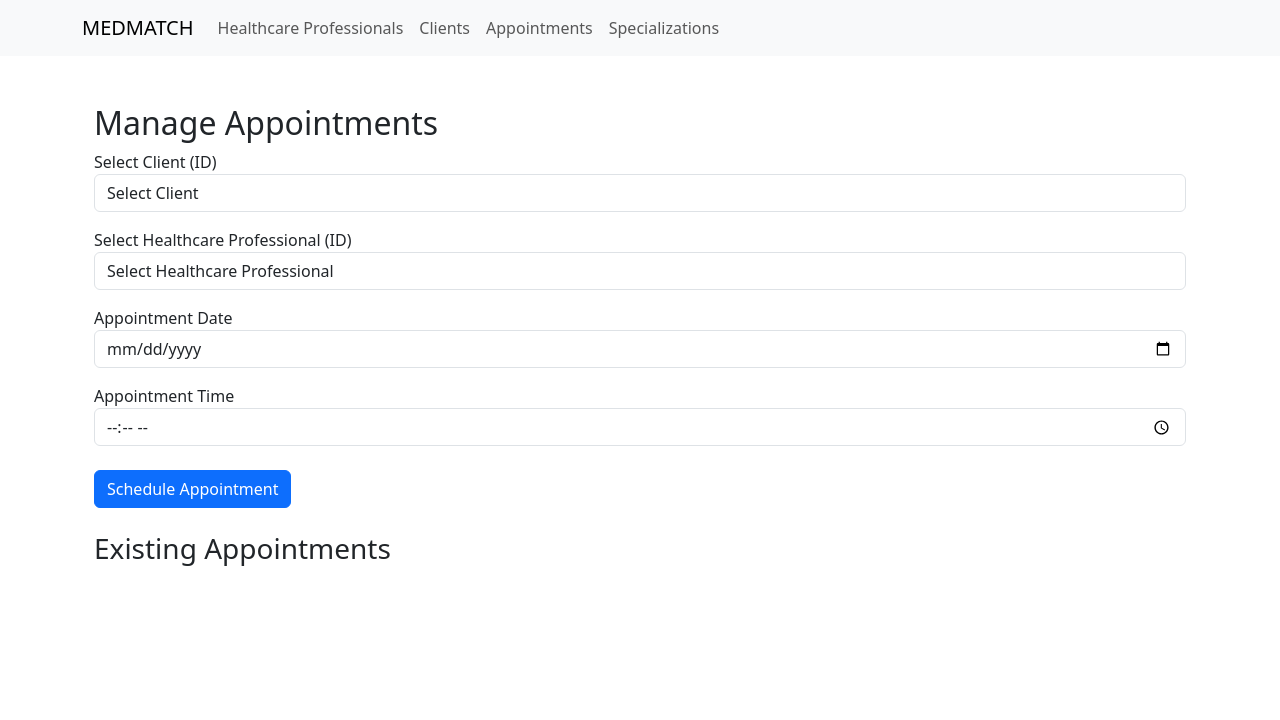
Repository: fahma20/medmatch-platform
Page: /appointments (app in client/)
An editor plug-in stored every save of this project. The page is shown before and after a run of saves, followed by the edit.
The browser window is 1280 px wide. The pictures show the whole page.
The page's requests for data from a server got no answer. The project was rebuilt for these pictures with package versions that can differ from the ones it lists, and the page was loaded fresh each time. No one was signed in, and anything a server would have sent is missing. Also part of the build but not shown: client/src/components/Healthcareprofessionals.js, client/src/components/Specializations.js, client/src/components/Clients.js, client/src/components/Homepage.js.

Above is the page before, as saved 2025-01-31 09:22:03.

After the next 2 saves:
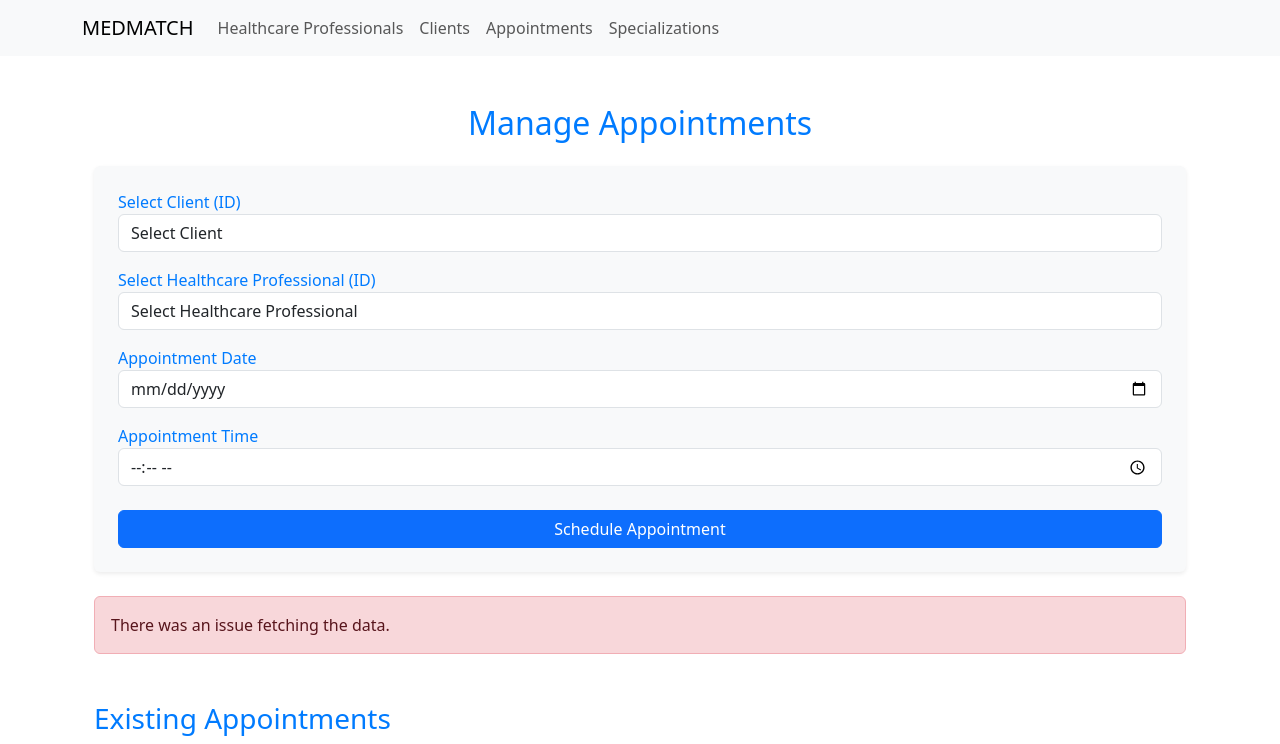
The 2 saves are shown as one change because they came seconds apart.
The last was saved 3 min 46 s later.
--- a/client/src/components/Appointments.js
+++ b/client/src/components/Appointments.js
@@ -160,6 +160,7 @@ export default Appointments;
 */
 
 import React, { useState, useEffect } from 'react';
+import 'bootstrap/dist/css/bootstrap.min.css';
 
 const Appointments = () => {
   const [appointments, setAppointments] = useState([]);
@@ -170,6 +171,7 @@ const Appointments = () => {
   const [clientId, setClientId] = useState('');
   const [professionalId, setProfessionalId] = useState('');
   const [message, setMessage] = useState('');
+  const [errorMessage, setErrorMessage] = useState('');
 
   // Fetch existing appointments, clients, and healthcare professionals
   useEffect(() => {
@@ -192,6 +194,7 @@ const Appointments = () => {
         setProfessionals(professionalsData);
       } catch (error) {
         console.error("Error fetching data:", error);
+        setErrorMessage('There was an issue fetching the data.');
       }
     };
 
@@ -224,10 +227,10 @@ const Appointments = () => {
         setMessage('Appointment scheduled successfully!');
         resetForm();
       } else {
-        setMessage('Error creating appointment.');
+        setErrorMessage('Error creating appointment.');
       }
     } catch (error) {
-      setMessage('Error connecting to the server.');
+      setErrorMessage('Error connecting to the server.');
     }
   };
 
@@ -242,10 +245,10 @@ const Appointments = () => {
         setAppointments((prevAppointments) => prevAppointments.filter((appointment) => appointment.id !== id));
         setMessage('Appointment deleted successfully!');
       } else {
-        setMessage('Error deleting appointment.');
+        setErrorMessage('Error deleting appointment.');
       }
     } catch (error) {
-      setMessage('Error connecting to the server.');
+      setErrorMessage('Error connecting to the server.');
     }
   };
 
@@ -259,12 +262,12 @@ const Appointments = () => {
 
   return (
     <div className="container mt-4">
-      <h2>Manage Appointments</h2>
+      <h2 className="text-center mb-4" style={{ color: '#007bff' }}>Manage Appointments</h2>
 
       {/* Appointment creation form */}
-      <form onSubmit={handleSubmit} className="mb-4">
+      <form onSubmit={handleSubmit} className="bg-light p-4 rounded shadow-sm">
         <div className="form-group">
-          <label>Select Client (ID)</label>
+          <label className="font-weight-bold" style={{ color: '#007bff' }}>Select Client (ID)</label>
           <select
             className="form-control"
             value={clientId}
@@ -280,7 +283,7 @@ const Appointments = () => {
         </div>
 
         <div className="form-group mt-3">
-          <label>Select Healthcare Professional (ID)</label>
+          <label className="font-weight-bold" style={{ color: '#007bff' }}>Select Healthcare Professional (ID)</label>
           <select
             className="form-control"
             value={professionalId}
@@ -296,7 +299,7 @@ const Appointments = () => {
         </div>
 
         <div className="form-group mt-3">
-          <label>Appointment Date</label>
+          <label className="font-weight-bold" style={{ color: '#007bff' }}>Appointment Date</label>
           <input
             type="date"
             className="form-control"
@@ -307,7 +310,7 @@ const Appointments = () => {
         </div>
 
         <div className="form-group mt-3">
-          <label>Appointment Time</label>
+          <label className="font-weight-bold" style={{ color: '#007bff' }}>Appointment Time</label>
           <input
             type="time"
             className="form-control"
@@ -317,19 +320,20 @@ const Appointments = () => {
           />
         </div>
 
-        <button type="submit" className="btn btn-primary mt-4">
+        <button type="submit" className="btn btn-primary mt-4 w-100">
           Schedule Appointment
         </button>
       </form>
 
-      {/* Message */}
-      {message && <div className="mt-4 alert alert-info">{message}</div>}
+      {/* Display success/error message */}
+      {message && <div className="mt-4 alert alert-success">{message}</div>}
+      {errorMessage && <div className="mt-4 alert alert-danger">{errorMessage}</div>}
 
       {/* List of appointments */}
-      <h3>Existing Appointments</h3>
+      <h3 className="mt-5" style={{ color: '#007bff' }}>Existing Appointments</h3>
       <div className="list-group">
         {appointments.map((appointment) => (
-          <div key={appointment.id} className="list-group-item d-flex justify-content-between align-items-center">
+          <div key={appointment.id} className="list-group-item d-flex justify-content-between align-items-center mb-2">
             <div>
               <h5>Client ID: {appointment.client_id} with Healthcare Professional ID: {appointment.healthcare_professional_id}</h5>
               <p>Date: {appointment.date} at {appointment.time}</p>
